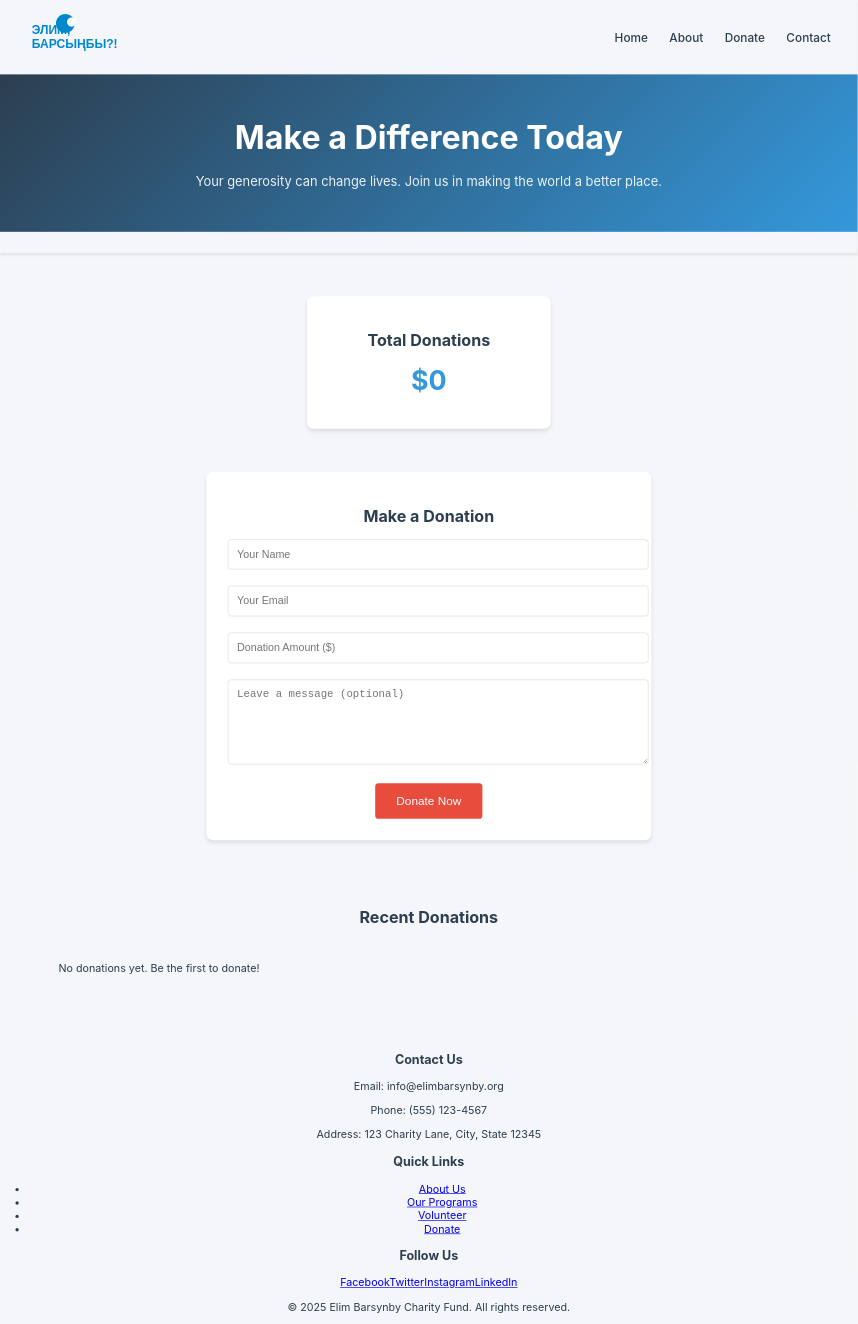
Repository: krmvz/elimbarsynby-
Page: / (app in elim-barsynby-charity/)
The author's editor kept a copy of each file at every save. The page is drawn from the files as they stood at one save, then again after a run of saves.
The browser window is 1280 px wide. The pictures show the whole page, at 67% of full size.
The page's requests for data from a server got no answer. The project was rebuilt for these pictures with package versions that can differ from the ones it lists, and the page was loaded fresh each time. No one was signed in, and anything a server would have sent is missing.

Above is the page before, as saved 2025-06-17 18:05:43.

After the next 2 saves:
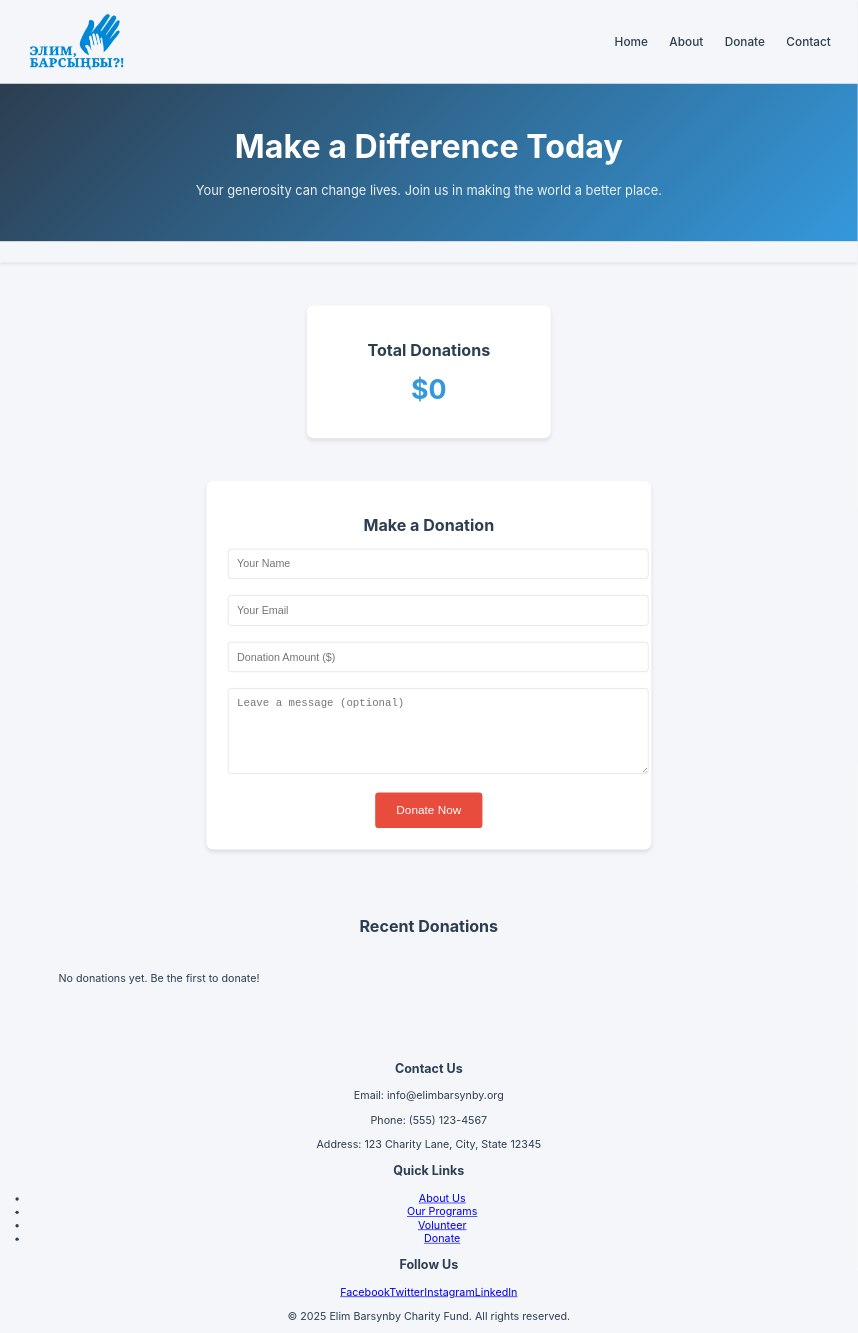
The 2 saves are shown as one change because they came seconds apart.
The last was saved 10 min 28 s later.
--- a/elim-barsynby-charity/src/components/Logo.tsx
+++ b/elim-barsynby-charity/src/components/Logo.tsx
@@ -1,41 +1,17 @@
 import React from 'react';
+import logoImage from '../images/IMG_3405.PNG';
 
 const Logo: React.FC = () => {
   return (
-    <svg width="200" height="100" viewBox="0 0 600 300" xmlns="http://www.w3.org/2000/svg">
-      <g transform="translate(20, 20)">
-        <path
-          d="M380 80c0 44.183-35.817 80-80 80s-80-35.817-80-80 35.817-80 80-80 80 35.817 80 80z"
-          fill="#0088cc"
-          transform="scale(0.7)"
-        />
-        <path
-          d="M280 40c0 22.091-17.909 40-40 40s-40-17.909-40-40 17.909-40 40-40 40 17.909 40 40z"
-          fill="#ffffff"
-          transform="translate(80, 20) scale(0.7)"
-        />
-        <text
-          x="10"
-          y="120"
-          fontFamily="Arial, sans-serif"
-          fontSize="72"
-          fill="#0088cc"
-          fontWeight="bold"
-        >
-          ЭЛИМ,
-        </text>
-        <text
-          x="10"
-          y="200"
-          fontFamily="Arial, sans-serif"
-          fontSize="72"
-          fill="#0088cc"
-          fontWeight="bold"
-        >
-          БАРСЫҢБЫ?!
-        </text>
-      </g>
-    </svg>
+    <img
+      src={logoImage}
+      alt="Elim Barsynby Charity Logo"
+      style={{
+        width: '150px',
+        height: 'auto',
+        objectFit: 'contain'
+      }}
+    />
   );
 };
 
